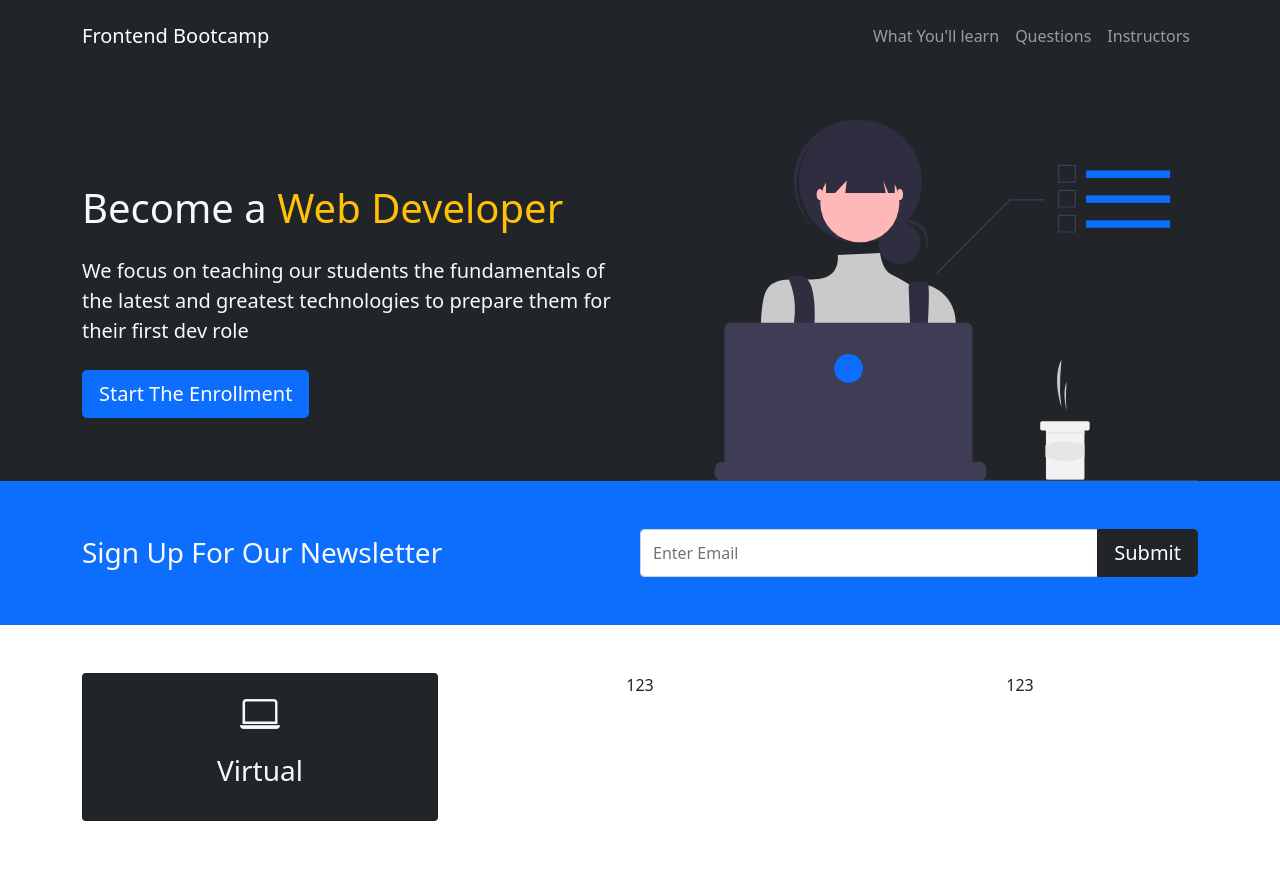
Repository: Marhamat92/Bootstrap5-Responsive-Website-
Page: index.html
These files come from the project's save history. The page is drawn as it stood at one moment and after the next save; the edit follows.
The browser window is 1280 px wide. The pictures show the whole page.
Some web libraries are served in a nearby version.

Above is the page before, as saved 2021-09-18 17:15:46.

### index.html
<!DOCTYPE html>
<html lang="en">

<head>
    <meta charset="UTF-8">
    <meta http-equiv="X-UA-Compatible" content="IE=edge">
    <meta name="viewport" content="width=device-width, initial-scale=1.0">
    <link href="https://cdn.jsdelivr.net/npm/bootstrap@5.0.2/dist/css/bootstrap.min.css" rel="stylesheet"
        integrity="sha384-EVSTQN3/azprG1Anm3QDgpJLIm9Nao0Yz1ztcQTwFspd3yD65VohhpuuCOmLASjC" crossorigin="anonymous">
    <link rel="stylesheet" href="https://cdn.jsdelivr.net/npm/bootstrap-icons@1.3.0/font/bootstrap-icons.css">
    <link rel="stylesheet" href="style.css">
    <title>Frontend Bootcamp</title>

</head>

<body>
    <!--Navbar-->
    <nav class="navbar navbar-expand-lg bg-dark navbar-dark py-3">
        <div class="container">
            <a href="#" class="navbar-brand">Frontend Bootcamp</a>
            <button class="navbar-toggler" type="button" data-bs-toggle="collapse" data-bs-target="#navmenu">
                <span class="navbar-toggler-icon"></span>
            </button>
            <div class="collapse navbar-collapse" id="navmenu">
                <ul class="navbar-nav ms-auto">
                    <li class="nav-item">
                        <a href="#learn" class="nav-link">What You'll learn</a>
                    </li>
                    <li class="nav-item">
                        <a href="#questions" class="nav-link">Questions</a>
                    </li>
                    <li class="nav-item">
                        <a href="#instructors" class="nav-link">Instructors</a>
                    </li>
                </ul>
            </div>
        </div>
    </nav>

    <!--Showcase-->

    <section class="bg-dark text-light p-5 p-lg-0 pt-lg-5 text-center text-sm-start">
        <div class="container">
            <div class="d-sm-flex align-items-center justify-content-between">
                <div>
                    <h1>Become a <span class="text-warning">Web Developer</span> </h1>
                    <p class="lead my-4">We focus on teaching our students the fundamentals of the latest and
                        greatest technologies to prepare them for their first dev role
                    </p>
                    <button class="btn btn-primary btn-lg">Start The Enrollment</button>
                </div>
                <img class="img-fluid w-50 d-none d-sm-block" src="img/showcase.svg" alt="showcase">
            </div>
        </div>
    </section>


    <!--Newsletter-->
    <section class=" bg-primary text-light p-5">
        <div class="container">
            <div class="d-md-flex justify-content-between align-items-center">
                <h3 class="mb-3 mb-md-0">Sign Up For Our Newsletter</h3>
                <div class="input-group news-input">
                    <input type="text" class="form-control" placeholder="Enter Email">
                    <button class="btn btn-dark btn-lg" type="button">Submit</button>
                </div>

            </div>
        </div>
    </section>

    <!--Boxes-->
    <section class="p-5">
        <div class="container">
            <div class="row text-center">
                <div class="col-md">
                    <div class="card bg-dark text-light">
                        <div class="card-body text-center">
                            <div class="h1 mb-3"><i class="bi bi-laptop"></i>
                            </div>
                            <h3 class="title mb-3">Virtual</h3>
                        </div>
                    </div>
                </div>
                <div class="col-md">123</div>
                <div class="col-md">123</div>
            </div>
        </div>
    </section>






















    <script src="https://cdn.jsdelivr.net/npm/bootstrap@5.0.2/dist/js/bootstrap.bundle.min.js"
        integrity="sha384-MrcW6ZMFYlzcLA8Nl+NtUVF0sA7MsXsP1UyJoMp4YLEuNSfAP+JcXn/tWtIaxVXM" crossorigin="anonymous">
    </script>
</body>

</html>

### style.css
@media (min-width:768px) {
    .news-input{
        width:50%;
    }
}

After the next save:
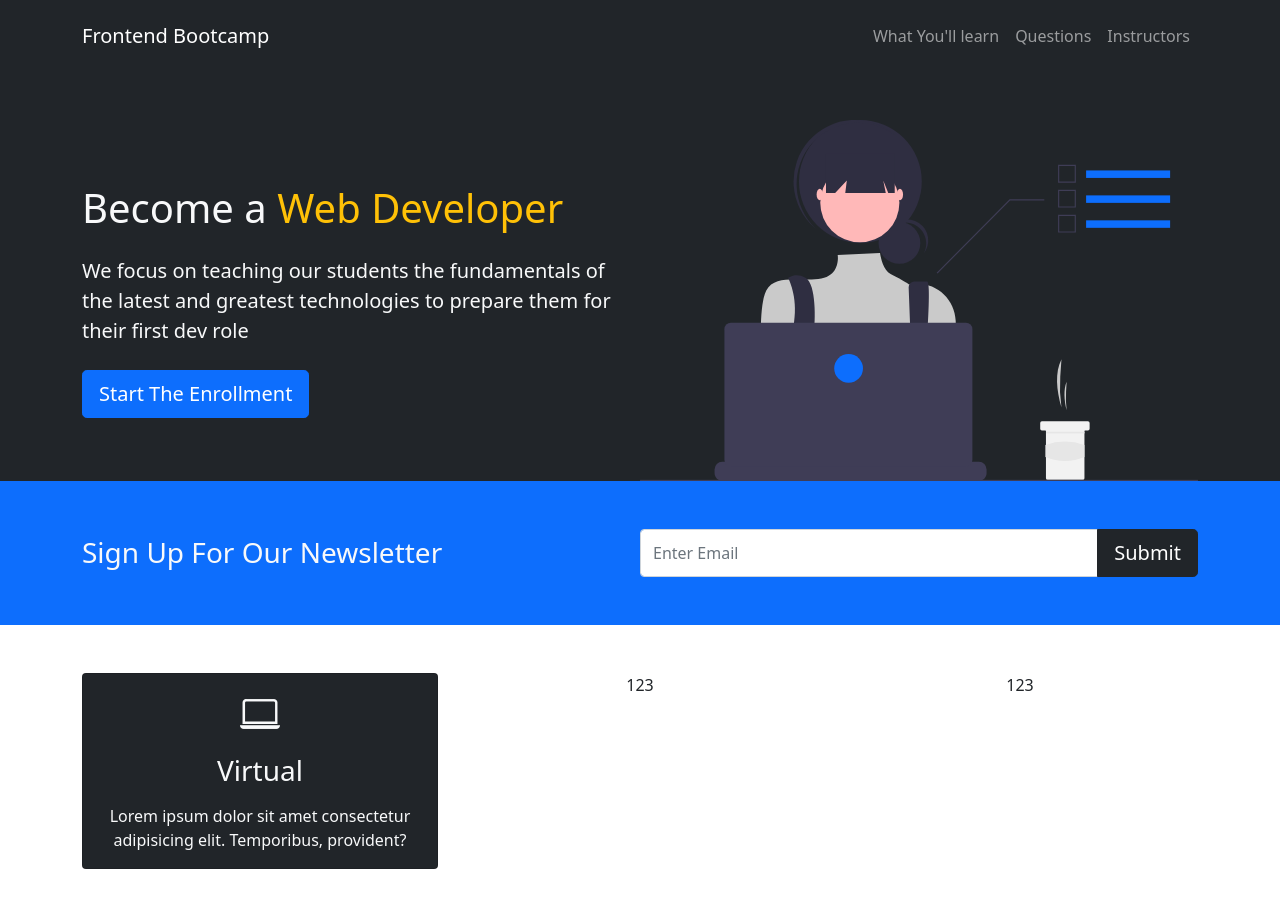
Saved 22 s later.
--- a/index.html
+++ b/index.html
@@ -79,6 +79,9 @@
                             <div class="h1 mb-3"><i class="bi bi-laptop"></i>
                             </div>
                             <h3 class="title mb-3">Virtual</h3>
+                            <p class="card-text">
+                                Lorem ipsum dolor sit amet consectetur adipisicing elit. Temporibus, provident?
+                            </p>
                         </div>
                     </div>
                 </div>
